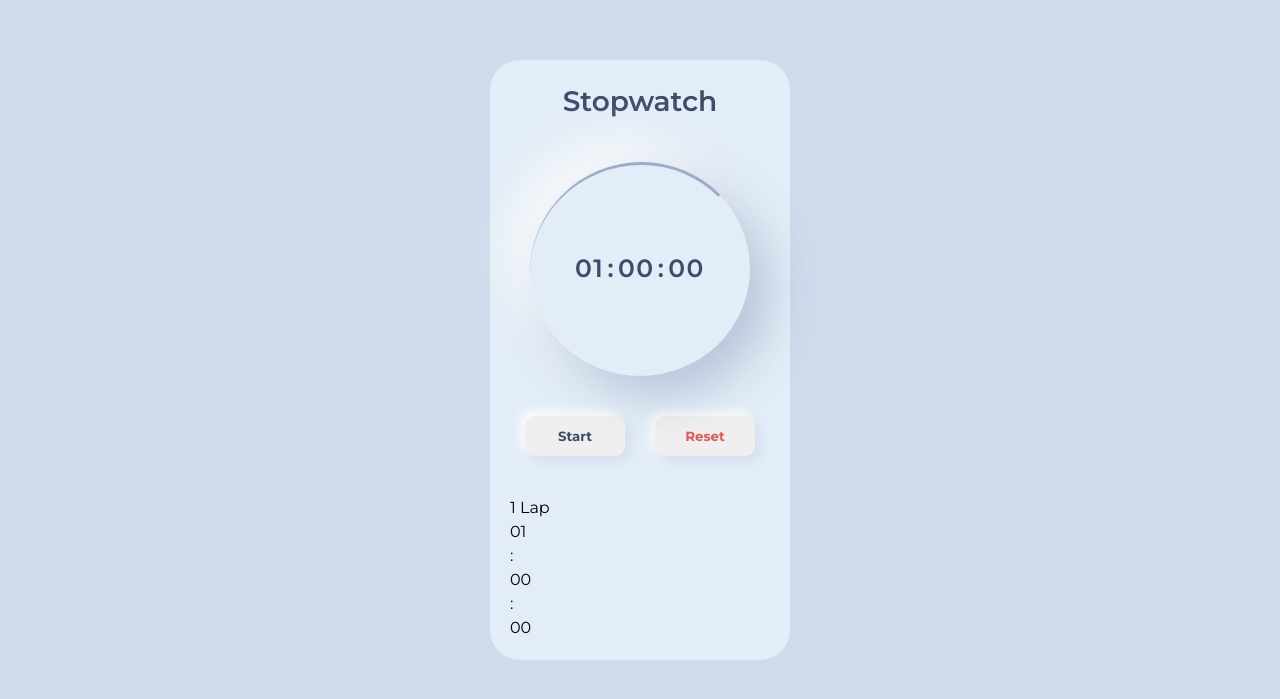
Repository: dinhtri123/stopwatch
Page: index.html
These files come from the project's save history. The page is drawn as it stood at one moment and after the next save; the edit follows.
The browser window is 1280 px wide. The pictures show the whole page.

Above is the page before, as saved 2023-01-04 14:55:01.

### index.html
<!DOCTYPE html>
<html lang="en">
  <head>
    <meta charset="UTF-8" />
    <meta http-equiv="X-UA-Compatible" content="IE=edge" />
    <meta name="viewport" content="width=device-width, initial-scale=1.0" />
    <title>Stop Watch</title>
    <link rel="stylesheet" href="style.css" />
  </head>
  <body>
    <div class="wrapper">
      <h3>Stopwatch</h3>
      <div class="timer">
        <p>01</p>
        <span>:</span>
        <p>00</p>
        <span>:</span>
        <p>00</p>
      </div>
      <div class="btn">
        <button class="btn-start">Start</button>
        <button class="btn-reset">Reset</button>
      </div>
      <div class="history">
        <div class="lap">
          <p><span>1</span> Lap</p>
          <div>
            <p>01</p>
            <span>:</span>
            <p>00</p>
            <span>:</span>
            <p>00</p>
          </div>
        </div>
      </div>
    </div>
  </body>
  <script src="index.js"></script>
</html>

### style.css
@import url("https://fonts.googleapis.com/css2?family=Montserrat:wght@400;500;600;700&display=swap");
* {
  margin: 0;
  padding: 0;
  box-sizing: border-box;
  font-family: "Montserrat", sans-serif;
}
body {
  width: 100%;
  min-height: 100vh;
  height: 100%;
  font-size: 16px;
  line-height: 1.5;
  font-weight: 400;
  background-color: #cddbeb;
  display: flex;
  justify-content: center;
  align-items: center;
}
.wrapper {
  width: 300px;
  height: 600px;
  border-radius: 30px;
  background: #e3edf7;
  padding: 20px;
  display: flex;
  flex-direction: column;
  justify-content: flex-start;
  align-items: center;
  gap: 40px;
}
h3 {
  font-size: 28px;
  color: #3c4c6b;
  text-align: center;
  font-weight: 600;
}
.timer {
  width: 220px;
  height: 220px;
  border-radius: 50%;
  display: flex;
  justify-content: center;
  align-items: center;
  gap: 3px;
  box-shadow: 20px 20px 45px #6a80a85d, -20px -20px 45px #fbfbfbd9;
  font-size: 25px;
  font-weight: 600;
  color: #3c4c6b;
  letter-spacing: 1.5px;
  position: relative;
}
.timer::before {
  content: "";
  position: absolute;
  inset: 0;
  width: 220px;
  height: 220px;
  border-radius: 50%;
  border-top: 3px solid #6a80a899;
  border-right: 3px solid transparent;
  animation: during 1s linear infinite;
}
@keyframes during {
  to {
    transform: rotate(360deg);
  }
}

.btn {
  width: 100%;
  display: flex;
  justify-content: space-around;
}
button {
  border: none;
  outline: none;
  border-radius: 10px;
  width: 100px;
  height: 40px;
  font-weight: 700;
  color: #3c4c6b;
  box-shadow: 5px 5px 10px #6a80a81e, -5px -5px 10px #fbfbfb;
  cursor: pointer;
}
.btn-reset {
  color: #eb5757;
}

.history {
  width: 100%;
  display: flex;
  flex-direction: column;
  gap: 20px;
}
.lap{
    width:100%;
    border-radius: 10px;
}

Loaded but not shown: index.js (no copy from this time; the picture is the same without it)

After the next save:
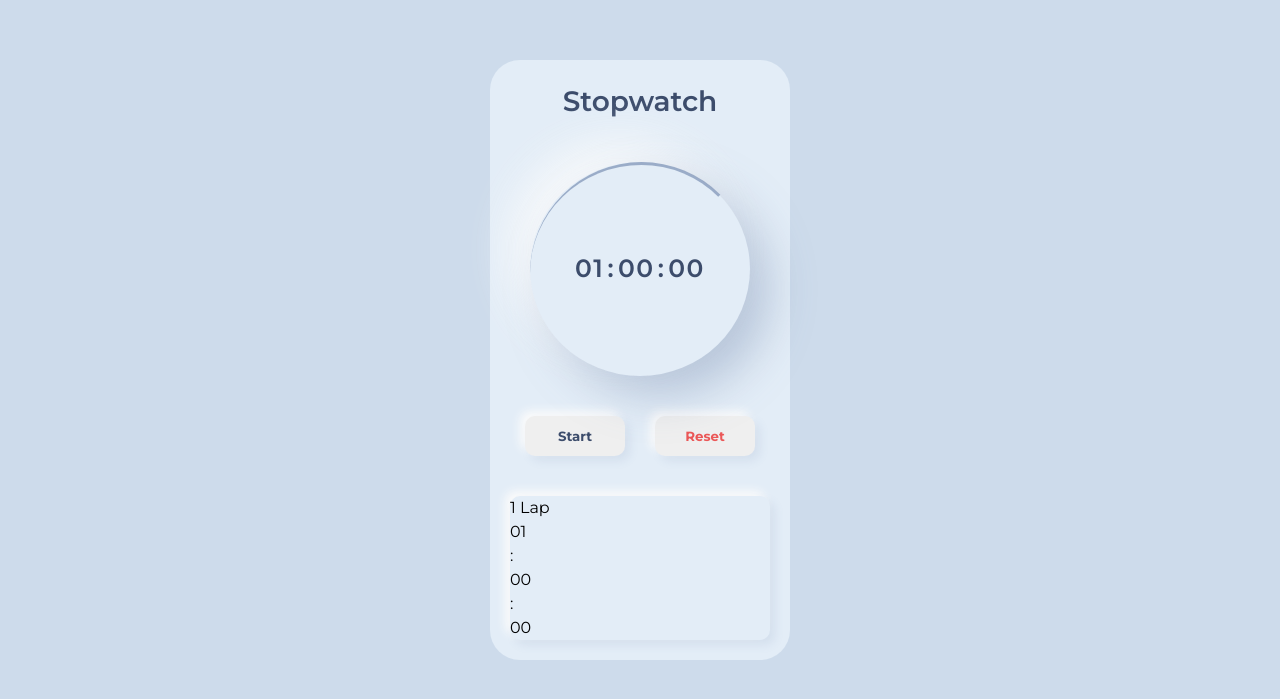
Saved 6 s later.
--- a/style.css
+++ b/style.css
@@ -93,7 +93,8 @@ button {
   flex-direction: column;
   gap: 20px;
 }
-.lap{
-    width:100%;
-    border-radius: 10px;
+.lap {
+  width: 100%;
+  border-radius: 10px;
+  box-shadow: 5px 5px 10px #6a80a81e, -5px -5px 10px #fbfbfb;
 }
